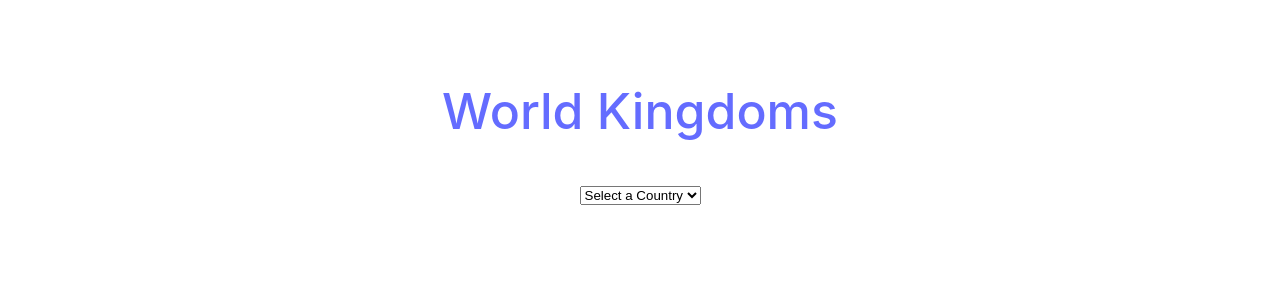
Repository: GloGlorGloria/COMP3170-lab7
Page: /
An editor plug-in stored every save of this project. The page is shown before and after the next save, followed by the edit.
The browser window is 1280 px wide. The pictures show the whole page.
The page's requests for data from a server got no answer. The project was rebuilt for these pictures with package versions that can differ from the ones it lists, and the page was loaded fresh each time. No one was signed in, and anything a server would have sent is missing. Also part of the build but not shown: vite.config.js, src/components/Details.jsx.

Above is the page before, as saved 2024-11-24 02:09:04.

### index.html
<!doctype html>
<html lang="en">
  <head>
    <meta charset="UTF-8" />
    <link rel="icon" type="image/svg+xml" href="/Globe icon.png" />
    <meta name="viewport" content="width=device-width, initial-scale=1.0" />
    <title>World Kingdoms</title>
  </head>
  <body>
    <div id="root"></div>
    <script type="module" src="/src/main.jsx"></script>
  </body>
</html>

### src/index.css
:root {
  font-family: Inter, system-ui, Avenir, Helvetica, Arial, sans-serif;
  line-height: 1.5;
  font-weight: 400;

  color-scheme: light dark;
  color: rgba(255, 255, 255, 0.87);
  background-color: #242424;

  font-synthesis: none;
  text-rendering: optimizeLegibility;
  -webkit-font-smoothing: antialiased;
  -moz-osx-font-smoothing: grayscale;
}

a {
  font-weight: 500;
  color: #646cff;
  text-decoration: inherit;
}
a:hover {
  color: #535bf2;
}


h1 {
  font-size: 50px;
  font-weight: bo
  line-height: 1.1;
}

/* button {
  border-radius: 8px;
  border: 1px solid transparent;
  padding: 0.6em 1.2em;
  font-size: 1em;
  font-weight: 500;
  font-family: inherit;
  background-color: #1a1a1a;
  cursor: pointer;
  transition: border-color 0.25s;
} */
/* button:hover {
  border-color: #646cff;
}
button:focus,
button:focus-visible {
  outline: 4px auto -webkit-focus-ring-color;
} */

@media (prefers-color-scheme: light) {
  :root {
    color: #213547;
    background-color: #ffffff;
  }
  a:hover {
    color: #747bff;
  }
  button {
    background-color: #f9f9f9;
  }
}

### src/App.jsx
import { BrowserRouter, Routes, Route } from 'react-router-dom';
import Countries from './components/Countries';
import Details from './components/Details';
import './App.css'

function App() {
  return (
       <BrowserRouter>
          <Routes>
          <Route path="/" element={<Countries />}>
            <Route path="/countries/:cca2?" element={<Details />}>
            </Route>
          </Route>
        </Routes>
       </BrowserRouter>
  );
}

export default App

### src/components/Countries.jsx
import { useEffect, useState } from 'react';
import {useNavigate, NavLink, Outlet} from "react-router-dom";


export default function Countries() {
  const [countries, setCountries] = useState([]);
  const [selectedOption, setSelectedOption] = useState("Select a Country");
  const [fetchStatus, setFetchStatus] = useState('idle');
  const navigate = useNavigate();
  const isLoading = fetchStatus === 'loading';
  const isError = fetchStatus === 'error';

  useEffect(() => {
    async function fetchData() {
      try {
        setFetchStatus('loading');
        const response = await fetch('https://restcountries.com/v3.1/name/kingdom');
        if (!response.ok) {
          throw new Error ('Failed to fetch countries');
        }
        const data = await response.json();
        setCountries(data);
        setFetchStatus('idle');
        console.log(countries);
      } catch(e){
        setFetchStatus('error');
        console.error(e.message);
      }
    }
    fetchData();
  }, []);

  useEffect(() => {
    if (location.pathname === "/") {
      setSelectedOption("Select a Country");
    }
  }, [location]);


  const handleCountrySelect = (event) => {
    const countryName = event.target.value;
    setSelectedOption(countryName);

    if (countryName === "Select a Country") {
      navigate("/");
      return;
    }

    const selectedCountry = countries.find((country) => country.name.common === countryName);

    if (selectedCountry) {
    navigate(`/countries/${selectedCountry.cca2}`, { state: {selectedCountry} });
  }};

  return (
    <div>
      <h1>
        <NavLink
        to="/"
        onClick={() => setSelectedOption("Select a Country")}
        >World Kingdoms</NavLink>
      </h1>
      <div className='select_container'>
        <select value={selectedOption} onChange={handleCountrySelect} >
          <option>Select a Country</option>
          {countries.map((country, index) => (
            <option
            key={index}
            value={country.name.common}
            >
            {country.name.common}
            </option>
          ))}
        </select>
      </div>

      <Outlet/>
      </div>
    );
  };

Loaded but not shown: src/main.jsx (common file); src/App.css (common file)

After the next save:
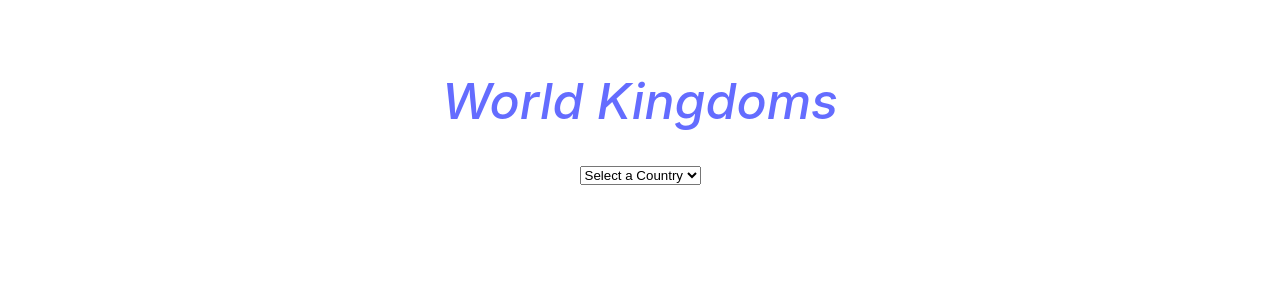
Saved 11 s later.
--- a/src/index.css
+++ b/src/index.css
@@ -25,7 +25,7 @@ a:hover {
 
 h1 {
   font-size: 50px;
-  font-weight: bo
+  font-style: italic;
   line-height: 1.1;
 }
 
